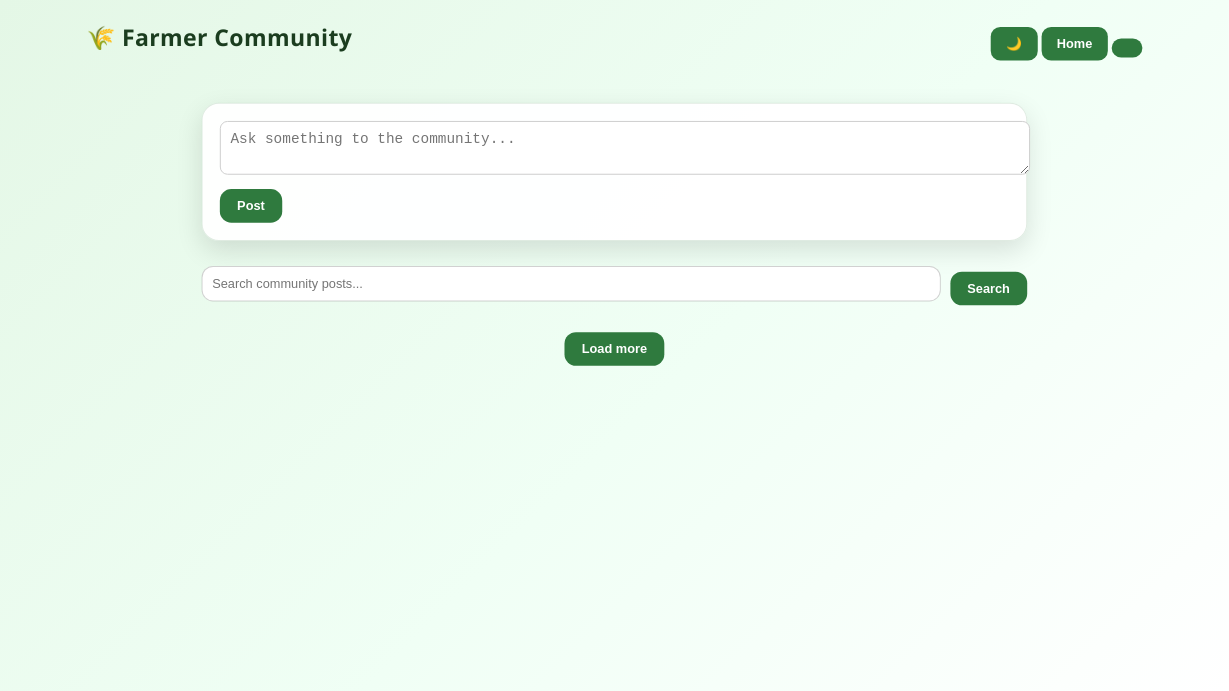
Repository: Desterhub/Agrogyanchatgpt
Page: agrogyan-gpt-main/frontend/community.html
An editor plug-in stored every save of this project. The page is shown before and after the next save, followed by the edit.
The browser window is 1280 px wide. The pictures show the whole page, at 96% of full size.
The page's requests for data from a server got no answer.

Above is the page before, as saved 2026-03-11 23:53:57.
Console error: SyntaxError: Identifier 'API' has already been declared

After the next save:
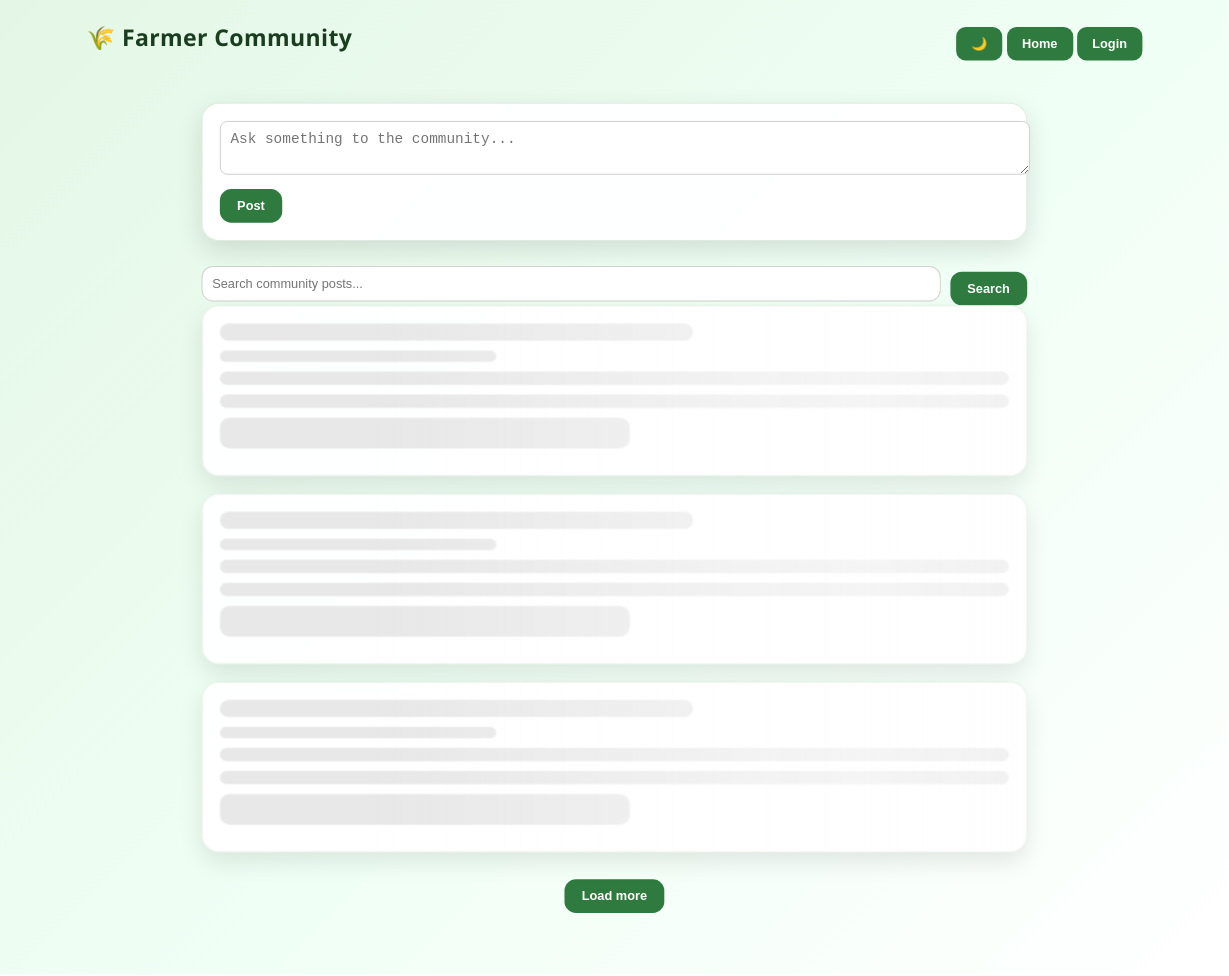
The error is gone.
Saved 23 s later.
--- a/agrogyan-gpt-main/frontend/community.html
+++ b/agrogyan-gpt-main/frontend/community.html
@@ -216,8 +216,6 @@
 </div>
 
 <script>
-const API = "http://127.0.0.1:8000";
-
 const API = "http://127.0.0.1:8000";
 const PAGE_SIZE = 6;
 
